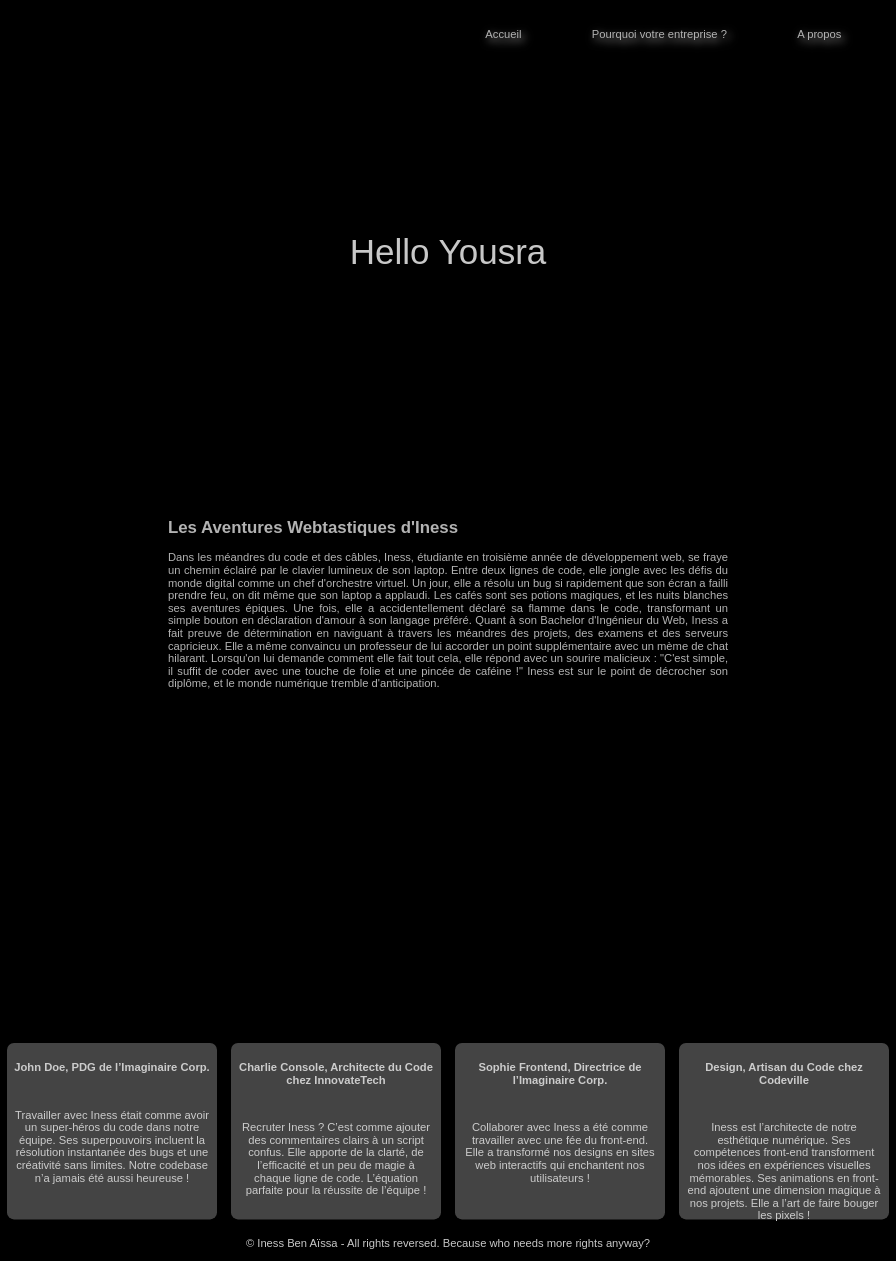
Repository: inessben/application
Page: index.html
The author's editor kept a copy of each file at every save. The page is drawn from the files as they stood at one save, then again after the next save.
The browser window is 1280 px wide. The pictures show the whole page, at 70% of full size.

Above is the page before, as saved 2023-12-03 20:32:30.

### index.html
<!DOCTYPE html>
<html lang="en">
<head>
    <meta charset="UTF-8">
    <meta name="viewport" content="width=device-width, initial-scale=1.0">
    <!-- generate the icon -->
    <link rel="apple-touch-icon" sizes="180x180" href="/favicon/apple-touch-icon.png">
    <link rel="icon" type="image/png" sizes="32x32" href="/favicon/favicon-32x32.png">
    <link rel="icon" type="image/png" sizes="16x16" href="/favicon/favicon-16x16.png">
    <link rel="manifest" href="/favicon/site.webmanifest">
    <link rel="mask-icon" href="/favicon/safari-pinned-tab.svg" color="#5bbad5">
    <meta name="msapplication-TileColor" content="#da532c">
    <!--  -->
    <meta name="theme-color" content="#333333">
    <title>#slowlyApplication</title>
    <link rel="stylesheet" href="index.css">
</head>
<body>

    <section id="nav-header">
        <header class="nav-links">
            <a href="./index.html" class="link">Accueil</a>
            <a href="./company/company.html" class="link">Pourquoi votre entreprise ?</a>
            <a href="./about/about.html" class="link">A propos</a>
        </header>
    </section>

    <section id="interactive-section">
    <p id="text-content">Hello Yousra</p>
    </section>

    <section id="main-content">
        <h1>Les Aventures Webtastiques d'Iness</h1>
        <p>Dans les méandres du code et des câbles, Iness, étudiante en troisième année de développement web, se fraye un chemin éclairé par le clavier lumineux de son laptop. Entre deux lignes de code, elle jongle avec les défis du monde digital comme un chef d'orchestre virtuel. Un jour, elle a résolu un bug si rapidement que son écran a failli prendre feu, on dit même que son laptop a applaudi. Les cafés sont ses potions magiques, et les nuits blanches ses aventures épiques. Une fois, elle a accidentellement déclaré sa flamme dans le code, transformant un simple bouton en déclaration d'amour à son langage préféré.
        Quant à son Bachelor d'Ingénieur du Web, Iness a fait preuve de détermination en naviguant à travers les méandres des projets, des examens et des serveurs capricieux. Elle a même convaincu un professeur de lui accorder un point supplémentaire avec un mème de chat hilarant. Lorsqu'on lui demande comment elle fait tout cela, elle répond avec un sourire malicieux : "C'est simple, il suffit de coder avec une touche de folie et une pincée de caféine !" Iness est sur le point de décrocher son diplôme, et le monde numérique tremble d'anticipation.</p>
    </section>

    <section id="carousel-container">
        <section id="testimonial1">
            <p><strong>John Doe, PDG de l’Imaginaire Corp.</strong></p>
            <br>
            <p>Travailler avec Iness était comme avoir un super-héros du code dans notre équipe. Ses superpouvoirs incluent la résolution instantanée des bugs et une créativité sans limites. Notre codebase n’a jamais été aussi heureuse !</p>
        </section>

        <section id="testimonial2">
            <p><strong>Charlie Console, Architecte du Code chez InnovateTech</strong></p>
            <br>
            <p>Recruter Iness ? C’est comme ajouter des commentaires clairs à un script confus. Elle apporte de la clarté, de l’efficacité et un peu de magie à chaque ligne de code. L’équation parfaite pour la réussite de l’équipe !</p>
        </section>

        <section id="testimonial3">
            <p><strong>Sophie Frontend, Directrice de l’Imaginaire Corp.</strong></p>
            <br>
            <p>Collaborer avec Iness a été comme travailler avec une fée du front-end. Elle a transformé nos designs en sites web interactifs qui enchantent nos utilisateurs !</p>
        </section>

        <section id="testimonial4">
            <p><strong> Design, Artisan du Code chez Codeville</strong></p>
            <br>
            <p>Iness est l’architecte de notre esthétique numérique. Ses compétences front-end transforment nos idées en expériences visuelles mémorables. Ses animations en front-end ajoutent une dimension magique à nos projets. Elle a l’art de faire bouger les pixels !</p>
        </section>
        </section>

        <footer>
            <p>© Iness Ben Aïssa - All rights reversed. Because who needs more rights anyway?</p>
        </footer>


    <script src="script.js"></script>
</body>
</html>

### index.css
body {
    margin: 0;
    /* overflow: hidden; */
    font-family: 'Arial', sans-serif;
    background-color: #000000;
    color: #c8c8c8;
    padding: 0;
}

#nav-header {
    position: absolute;
    top: 30px;
    right: 20px;
    font-size: 16px;
    font-weight: 500;
    padding: 10px;
}

.link {
    filter: drop-shadow(4px 5px 6px #b2b1b1);
    padding: 8px;
    text-decoration: none;
    color: #b3b3b3;
    margin: auto 40px;
}

.link:hover {
    opacity: 0.7;
}

#interactive-section {
    height: 100vh;
    font-size: 50px;
    display: flex;
    align-items: center;
    justify-content: center;
    background-color: #000000;
    transition: opacity 0.5s ease-in-out;
}

#main-content {
    height: 100vh;
    color: #b3b3b3;
    max-width: 800px;
    margin: 20px auto;
    text-align: justify;
    padding: 0 20px;
    transition: opacity 0.5s ease-in-out;
}


#carousel-container {
    display: flex;
    align-items: center;
    justify-content: center;
    display: flex;
    overflow-x: auto;
    }

#testimonial1,
#testimonial2,
#testimonial3,
#testimonial4{
    height: 35vh;
    width: 300px;
    justify-content: center;
    background: #565656;
    border-radius: 20px;
    margin: 10px;
    padding: 10px;
    box-sizing: border-box;
    color: #fff;
    border-radius: 10px;
    text-align: center;
    opacity: 0.8;
    }

footer{
    display: flex;
    align-items: center;
    justify-content: center;
}

### script.js
const textContent = document.getElementById('text-content')
const interactiveSection = document.getElementById('interactive-section')
const mainContent = document.getElementById('main-content')
const h1Element = document.querySelector('#main-content h1')
const pElement = document.querySelector('#main-content p')

document.addEventListener('keydown', function (event) {
    if (event.code === 'Space') {
        switch (textContent.innerText) {
            case 'Hello Yousra':
                textContent.innerText = 'Hello Yasmine'
                break
            case 'Hello Yasmine':
                textContent.innerText = 'Hello Chi Khanh'
                break
            case 'Hello Chi Khanh':
                textContent.innerText = '...Or anyone else from the team'
                break
            case '...Or anyone else from the team':
                textContent.innerText = 'Let me present you...'
                break
            default:
                console.log('mainContent')
                interactiveSection.style.opacity = '0'
                interactiveSection.style.pointerEvents = 'none'
                // mainContent.classList.add('display')
                break
        }

        setTimeout(() => {
            mainContent.style.opacity = '1'
            h1Element.style.opacity = '1'
            pElement.style.opacity = '1'
        }, 300) // Ajustez le délai si nécessaire
    }
});

After the next save:
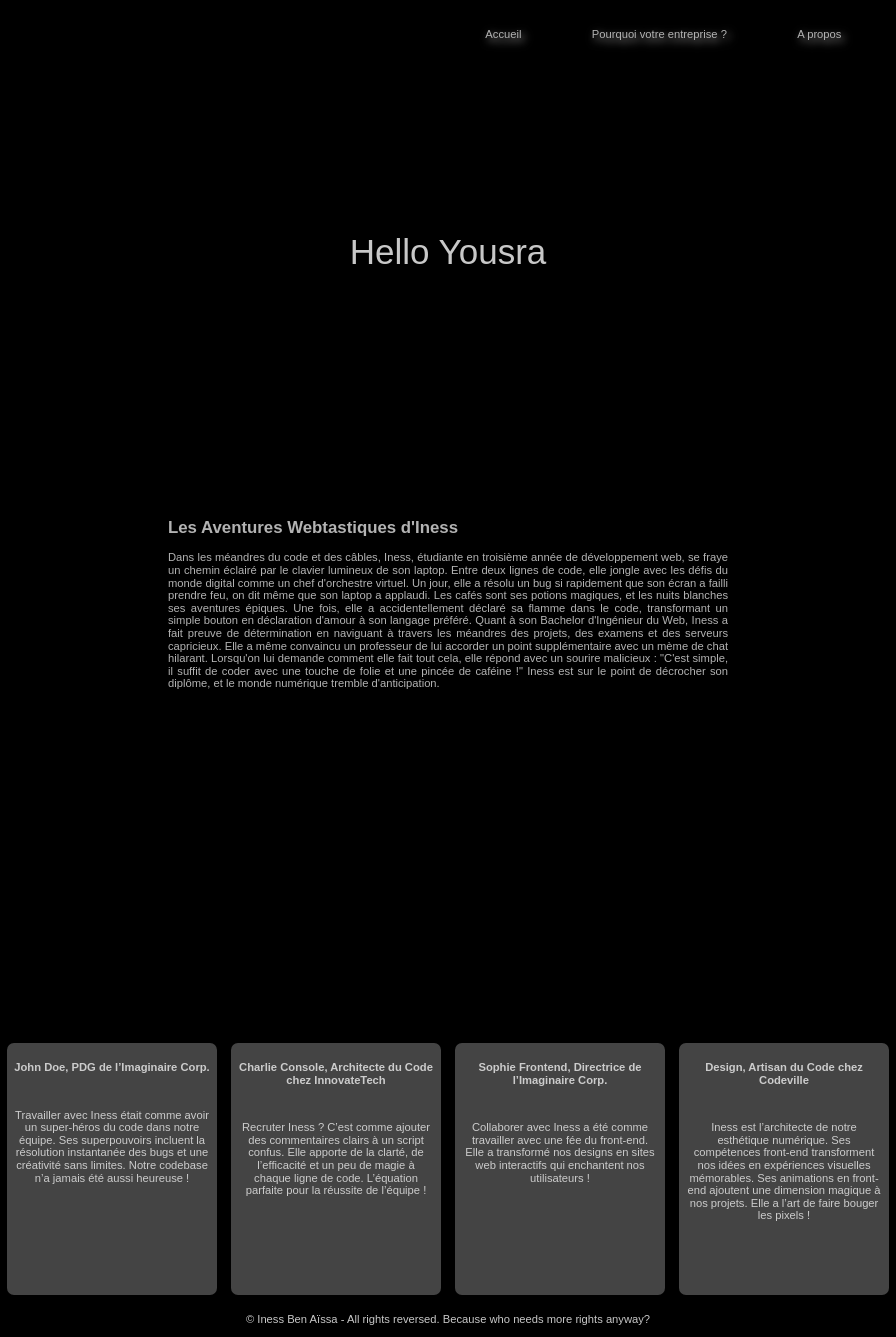
Saved 12 s later.
--- a/index.css
+++ b/index.css
@@ -61,7 +61,7 @@ body {
 #testimonial2,
 #testimonial3,
 #testimonial4{
-    height: 35vh;
+    height: 50vh;
     width: 300px;
     justify-content: center;
     background: #565656;
